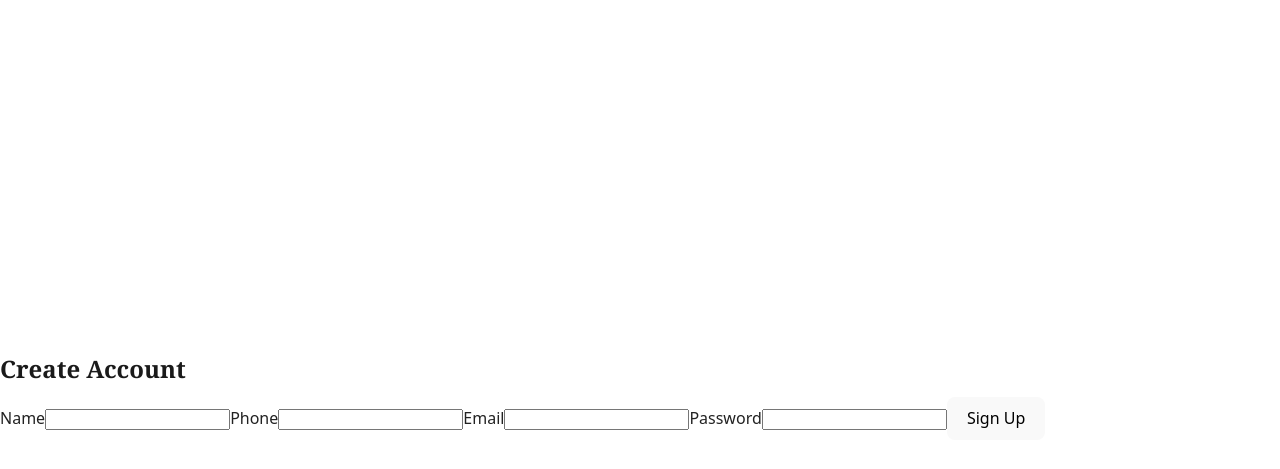
Repository: rozhinasaberi/MyPortfolio
Page: /signup (app in client/)
These files come from the project's save history. The page is drawn as it stood at one moment and after the next save; the edit follows.
The browser window is 1280 px wide. The pictures show the whole page.
The page's requests for data from a server got no answer. The project was rebuilt for these pictures with package versions that can differ from the ones it lists, and the page was loaded fresh each time. No one was signed in, and anything a server would have sent is missing. Also part of the build but not shown: client/src/Login.jsx, client/src/CustomerDashboard.jsx, client/src/App.jsx.

Above is the page before, as saved 2025-12-02 05:23:46.

After the next save:
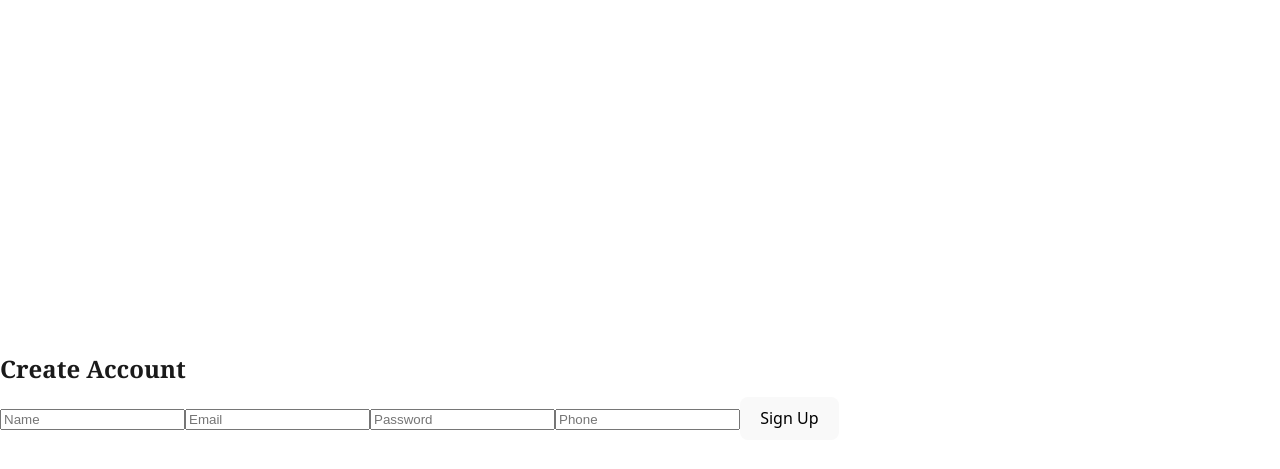
Saved 8 s later.
--- a/client/src/signup.jsx
+++ b/client/src/signup.jsx
@@ -1,82 +1,40 @@
-// client/src/Signup.jsx
-import React, { useState } from "react";
+import { useState } from "react";
 import axios from "axios";
-import { API_BASE } from "./api";
+import { API_BASE } from "./config";
 
-export default function Signup({ onSignup }) {
-  const [name, setName] = useState("");
-  const [phone, setPhone] = useState("");
-  const [email, setEmail] = useState("");
-  const [password, setPassword] = useState("");
-  const [error, setError] = useState("");
+export default function Signup({ setUser }) {
+  const [form, setForm] = useState({
+    name: "",
+    email: "",
+    password: "",
+    phone: "",
+  });
 
-  const handleSubmit = async (e) => {
+  const handleChange = (e) =>
+    setForm({ ...form, [e.target.name]: e.target.value });
+
+  const handleSignup = async (e) => {
     e.preventDefault();
-    setError("");
 
     try {
-      const res = await axios.post(`${API_BASE}/auth/signup`, {
-        name,
-        email,
-        password,
-        phone,
-      });
+      const res = await axios.post(`${API_BASE}/auth/signup`, form);
 
-      const { user, token } = res.data;
-      localStorage.setItem("portfolioUser", JSON.stringify(user));
-      localStorage.setItem("portfolioToken", token);
-
-      if (onSignup) onSignup(user);
+      localStorage.setItem("user", JSON.stringify(res.data.user));
+      setUser(res.data.user);
     } catch (err) {
-      console.error("Signup error:", err.response?.data || err.message);
-      setError(err.response?.data?.error || "Signup failed");
+      alert("Signup failed");
+      console.error(err);
     }
   };
 
   return (
-    <div className="auth-page">
+    <div className="auth-container">
       <h2>Create Account</h2>
-      <form onSubmit={handleSubmit} className="auth-form">
-        <label>
-          Name
-          <input
-            type="text"
-            value={name}
-            onChange={(e) => setName(e.target.value)}
-            required
-          />
-        </label>
-
-        <label>
-          Phone
-          <input
-            type="tel"
-            value={phone}
-            onChange={(e) => setPhone(e.target.value)}
-          />
-        </label>
-
-        <label>
-          Email
-          <input
-            type="email"
-            value={email}
-            onChange={(e) => setEmail(e.target.value)}
-            required
-          />
-        </label>
-
-        <label>
-          Password
-          <input
-            type="password"
-            value={password}
-            onChange={(e) => setPassword(e.target.value)}
-            required
-          />
-        </label>
-
-        {error && <p className="auth-error">{error}</p>}
+      <form onSubmit={handleSignup}>
+        <input name="name" placeholder="Name" onChange={handleChange} />
+        <input name="email" type="email" placeholder="Email" onChange={handleChange} />
+        <input name="password" type="password" placeholder="Password" onChange={handleChange} />
+        <input name="phone" placeholder="Phone" onChange={handleChange} />
 
         <button type="submit">Sign Up</button>
       </form>
